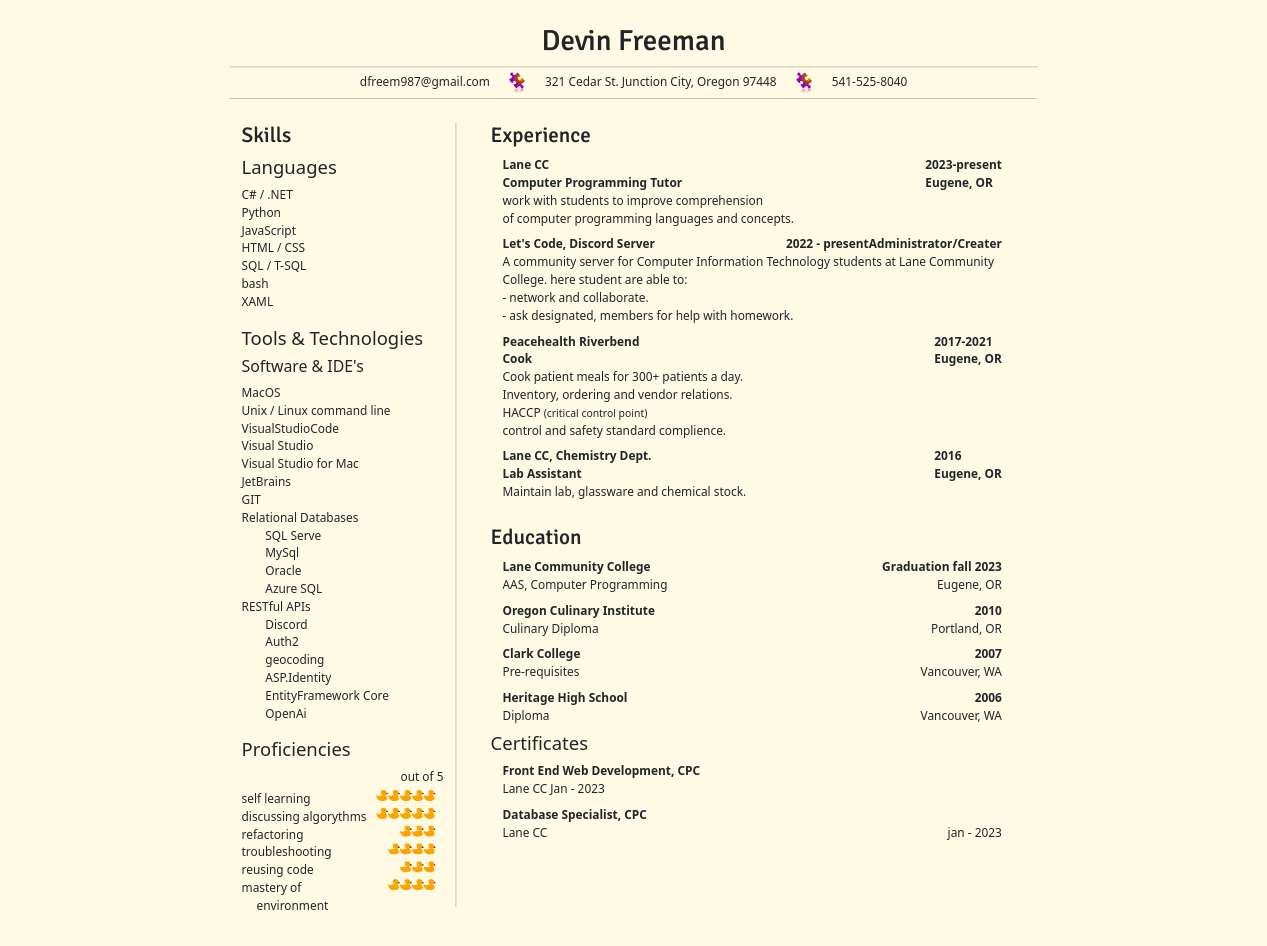
Repository: Dfreem/Resume
Page: index.html
These files come from the project's save history. The page is drawn as it stood at one moment and after the next save; the edit follows.
The browser window is 1280 px wide. The pictures show the whole page, at 99% of full size.

Above is the page before, as saved 2023-02-13 09:03:10.

After the next save:
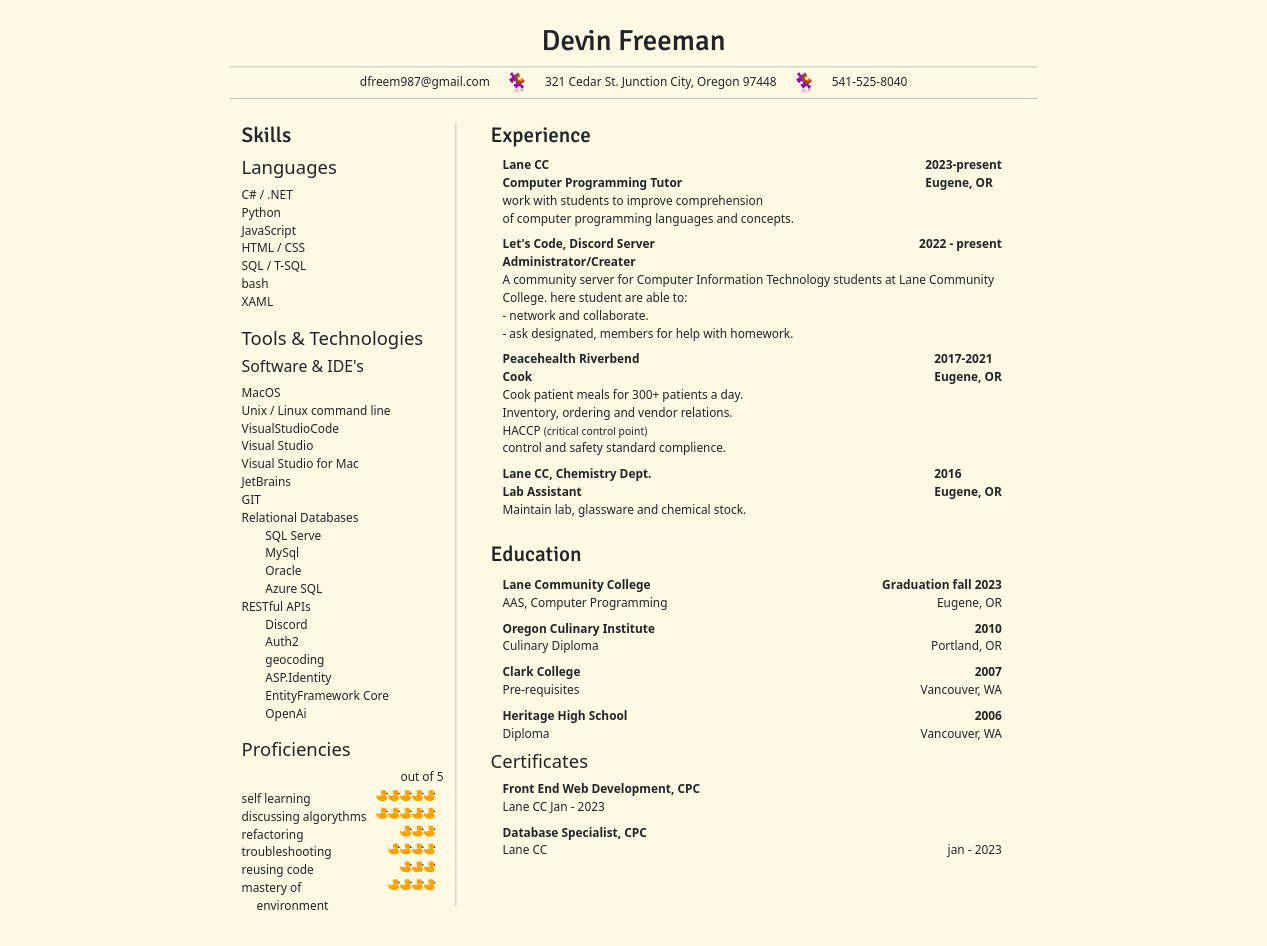
Saved 9 s later.
--- a/index.html
+++ b/index.html
@@ -206,9 +206,9 @@
 
                 <div class="container work-container">
                     <dt class="d-flex flex-nowrap flex-row">
-                        Let's Code, Discord Server
+                        Let's Code, Discord Server<br />
+                        Administrator/Creater
                         <div class="push-right">2022 - present</div>
-                        Administrator/Creater
                     </dt>
                     <dd class="ed-title">
                         A community server for Computer Information Technology students at Lane Community College. here student are able to:
